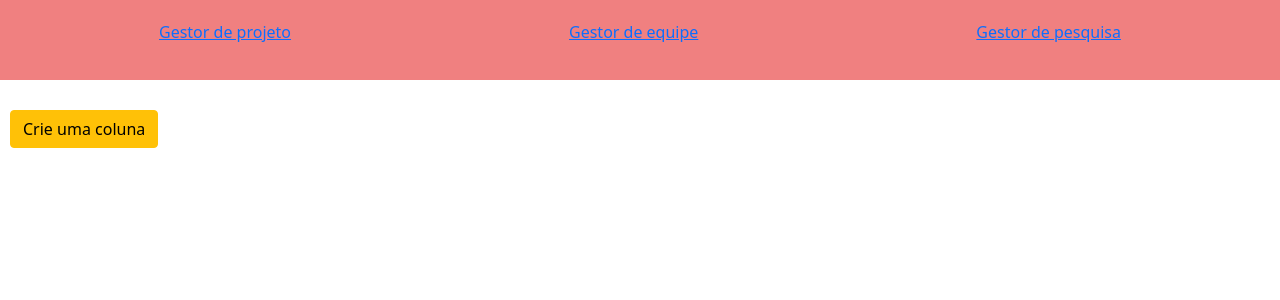
Repository: shadowruge/kanban
Page: index.html
The author's editor kept a copy of each file at every save. The page is drawn from the files as they stood at one save, then again after the next save.
The browser window is 1280 px wide. The pictures show the whole page.

Above is the page before, as saved 2021-06-12 21:27:27.

After the next save:
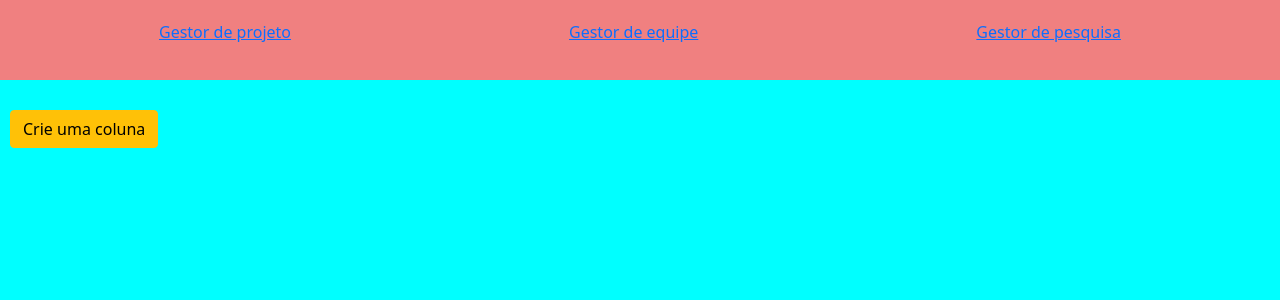
Saved 4 s later.
--- a/style.css
+++ b/style.css
@@ -8,7 +8,7 @@
 }
 
 body{
-  background-color:a;
+  background-color:aqua;
 }
 
 /* nav confi fora da tag body */
